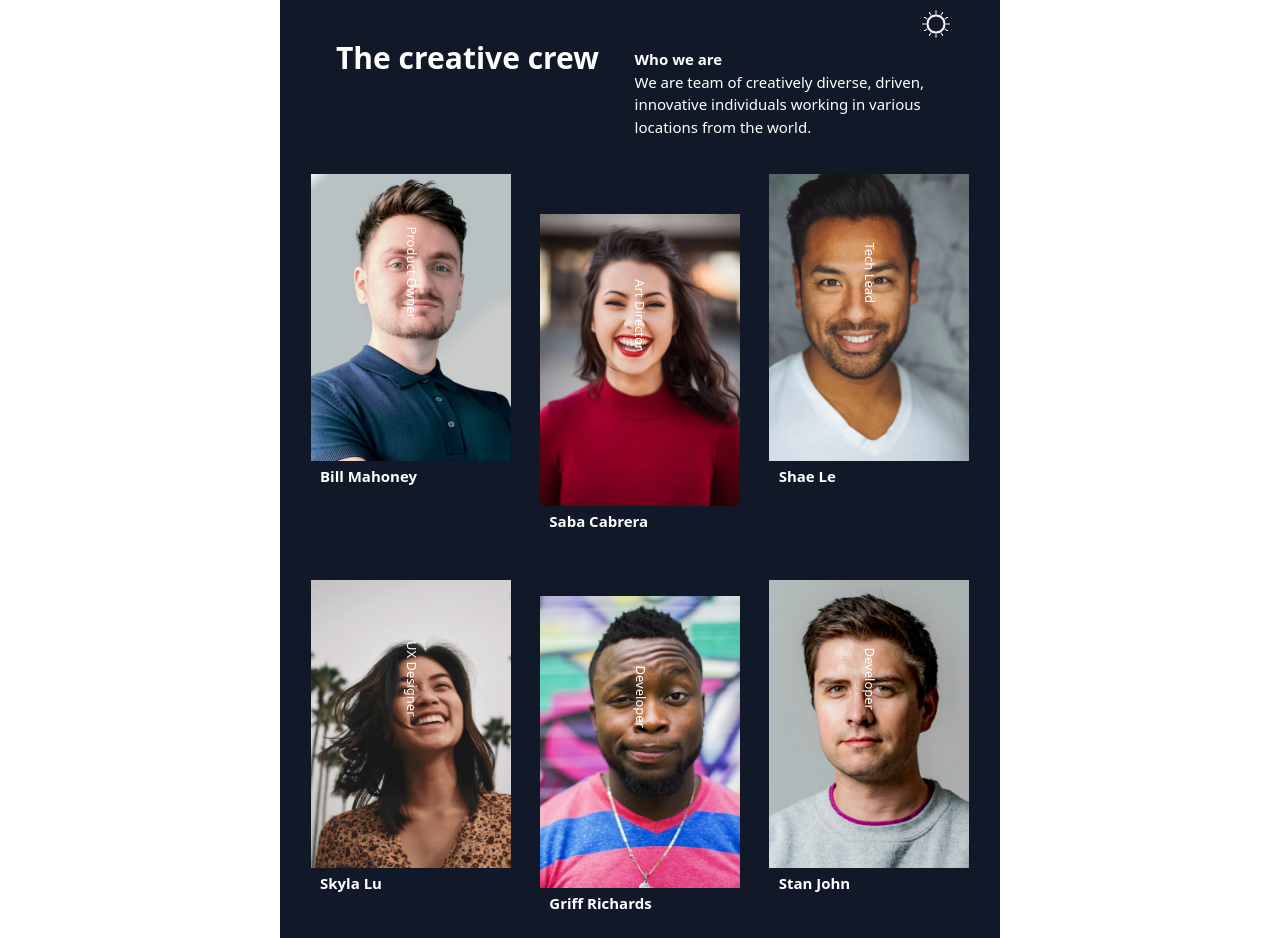
Repository: Alzate1075/Funval-G3-N2
Page: /
These files come from the project's save history. The page is drawn as it stood at one moment and after the next save; the edit follows.
The browser window is 1280 px wide. The pictures show the whole page.
The project was rebuilt for these pictures with package versions that can differ from the ones it lists, and the page was loaded fresh each time. Also part of the build but not shown: vite.config.js.

Above is the page before, as saved 2025-07-03 11:22:04.

### index.html
<!DOCTYPE html>
<html lang="en">
  <head>
    <meta charset="UTF-8" />
    <link rel="icon" type="image/svg+xml" href="/vite.svg" />
    <meta name="viewport" content="width=device-width, initial-scale=1.0" />
    <link rel="stylesheet" href="./src/index.css" />
    <title>Vite + React</title>
  </head>
  <body>
    <div id="root"></div>
    <script type="module" src="/src/main.jsx"></script>
  </body>
</html>

### src/App.jsx
import React from "react";
import { TeamCard } from "./components/TeamCard";
import miArray from "./components/ArrayTeams";

function App() {
  return (
    <div className="md:bg-[#111827] p-2 md:mx-70">
      <div className="flex justify-end mr-10">
        <img src="/images/sol.png" alt="sol" className="w-8 hidden md:block" />
      </div>
      <div className="flex justify-end">
        <img src="/images/luna.png" alt="luna" className="w-8 md:hidden" />
      </div>
      <div className="md:text-white text-black text-center md:flex md:justify-between md:mx-12">
        <h1 className="text-3xl font-bold">The creative crew</h1>
        <p className="text-[15px] mt-2 max-w-md md:text-md text-wrap text-left m-5">
          <b>Who we are</b>
          <br />
          We are team of creatively diverse, driven, <br /> innovative
          individuals working in various <br /> locations from the world.
        </p>
      </div>

      <div className="md:bg-[#111827] grid grid-cols-2 md:grid-cols-3 gap-x-4 gap-y-6 p-4">
        {miArray.map((persona, index) => (
          <TeamCard
            key={index}
            name={persona.name}
            role={persona.role}
            image={persona.image}
            extraClass={`${index % 2 === 1 ? "mt-6" : ""} ${
              index % 3 === 1 ? "md:mt-10" : ""
            }`}
          />
        ))}
      </div>
    </div>
  );
}

export default App;

### src/components/TeamCard.jsx
import React from "react";
export function TeamCard(props) {
  return (
    <div className={`${props.extraClass}`}>
      <div className="text-black md:text-white md:flex md:items-center md:justify-center gap-2 relative">
        <img src={props.image} alt={props.name} className="md:w-[200px] w-20" />
        <span className="absolute pr-[90px] rotate-90 text-[10px] md:text-[13px]">
          {props.role}
        </span>
      </div>
      <div className="md:text-white text-center mt-1 md:flex md:justify-star pl-4">
        <h3 className="font-semibold text-[12px] md:text-[15px]">
          {props.name}
        </h3>
      </div>
    </div>
  );
}

### src/components/ArrayTeams.jsx
import React from "react";
const miArray = [
  {
    name: "Bill Mahoney",
    role: "Product Owner",
    image: "/images/photo1.png",
  },
  {
    name: "Saba Cabrera",
    role: "Art Director",
    image: "/images/photo2.png",
  },
  {
    name: "Shae Le",
    role: "Tech Lead",
    image: "/images/photo3.png",
  },
  {
    name: "Skyla Lu",
    role: "UX Designer",
    image: "/images/photo4.png",
  },
  {
    name: "Griff Richards",
    role: "Developer",
    image: "/images/photo5.png",
  },
  {
    name: "Stan John",
    role: "Developer",
    image: "/images/photo6.png",
  },
];

export default miArray;

Loaded but not shown: src/index.css (common file); src/main.jsx (common file)

After the next save:
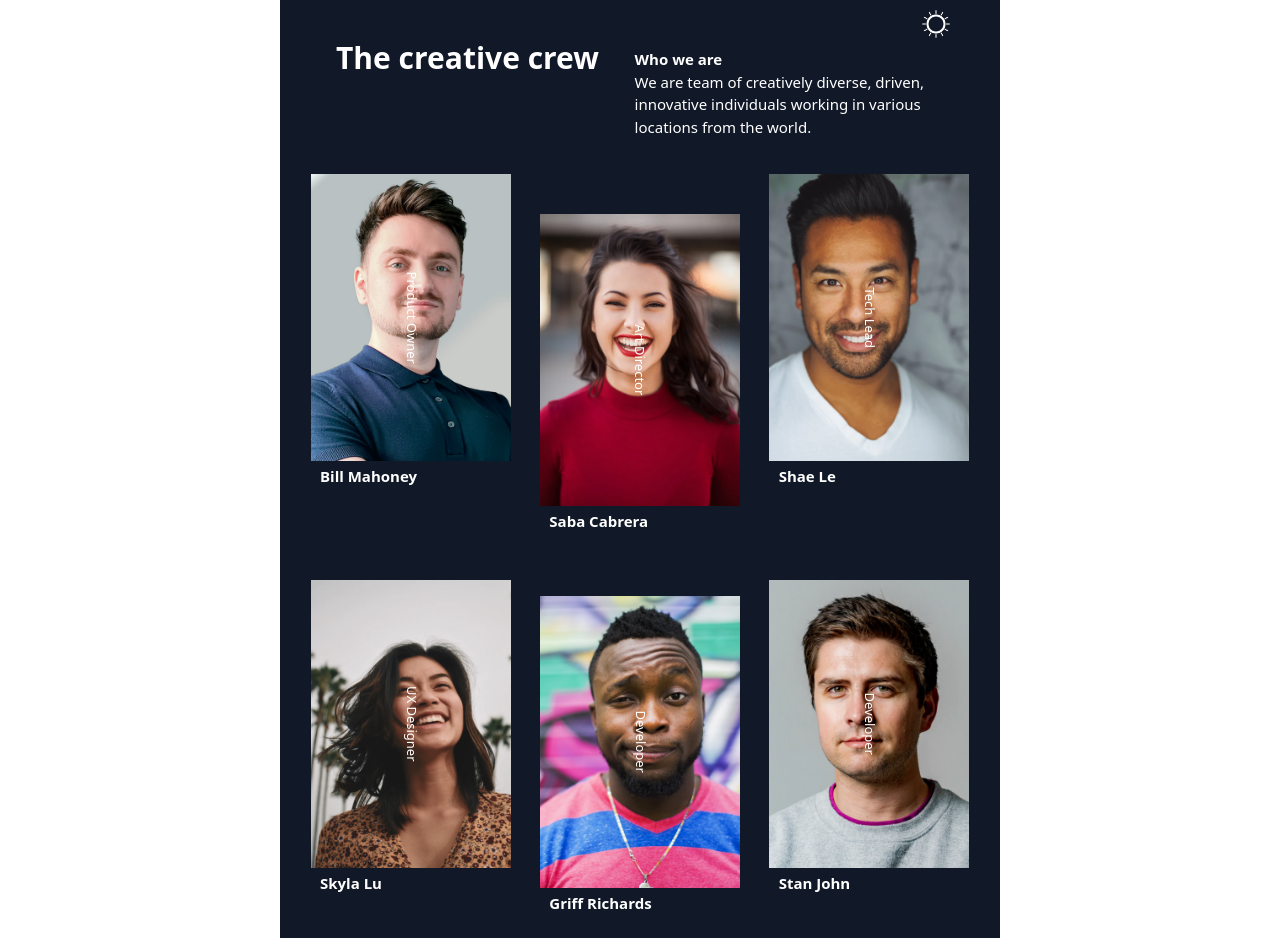
Saved 13 s later.
--- a/src/components/TeamCard.jsx
+++ b/src/components/TeamCard.jsx
@@ -4,7 +4,7 @@ export function TeamCard(props) {
     <div className={`${props.extraClass}`}>
       <div className="text-black md:text-white md:flex md:items-center md:justify-center gap-2 relative">
         <img src={props.image} alt={props.name} className="md:w-[200px] w-20" />
-        <span className="absolute pr-[90px] rotate-90 text-[10px] md:text-[13px]">
+        <span className="absolute rotate-90 text-[10px] md:text-[13px]">
           {props.role}
         </span>
       </div>
